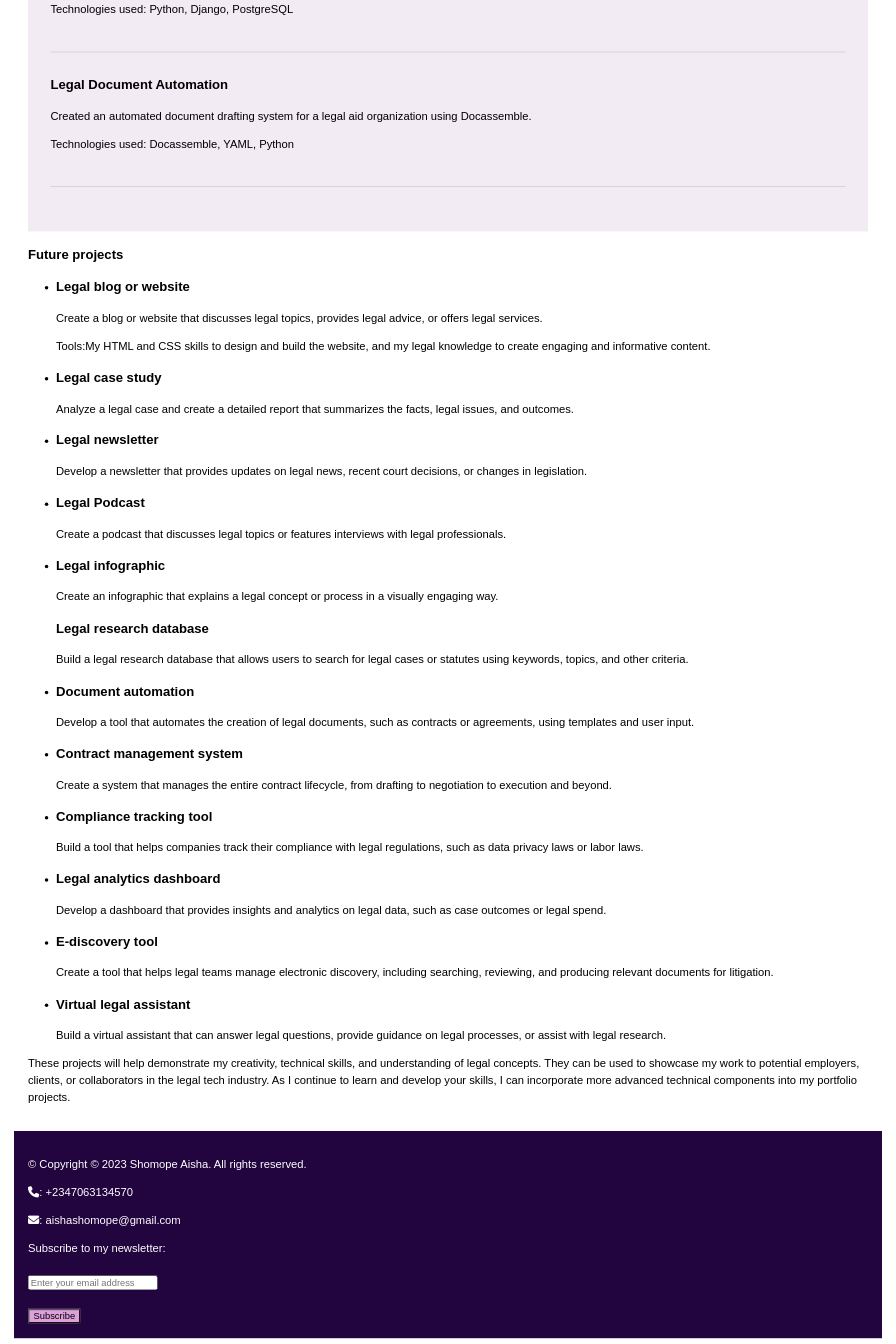
Repository: Iyewande/AishasPortfolio
Page: Index.html
An editor plug-in stored every save of this project. The page is shown before and after the next save, followed by the edit.
The browser window is 1280 px wide. The pictures show the part of the page from y = 1694 to 3614 px (the page is 3614 px tall before and 2414 px after), at 70% of full size.
Some web libraries are served in a nearby version.

Above is the page before, as saved 2023-04-30 23:38:22.

After the next save:
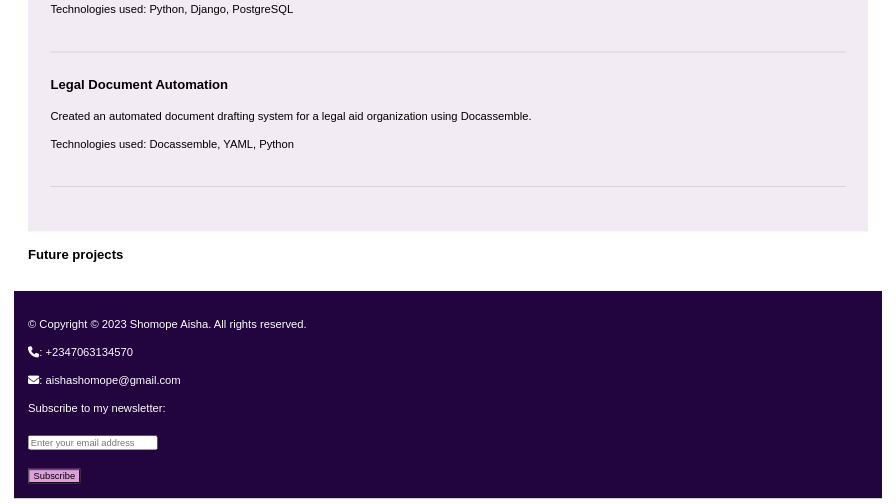
Saved 22 h 43 min later.
--- a/Index.html
+++ b/Index.html
@@ -77,7 +77,7 @@
                 <!-- As a complete legal tech newbie with only legal knowledge, HTML, and CSS skills, you can still build a portfolio
                        that showcases your abilities and potential. Here are some project ideas: -->
 
-                <ul>
+                <!-- <ul>
                     <li>
                         <h3>Legal blog or website</h3>
                         <p>Create a blog or website that discusses legal topics, provides legal advice, or offers legal services.</p>
@@ -132,7 +132,7 @@
               <p>These projects will help demonstrate my creativity, technical skills, and understanding of legal concepts.
                 They can be used to showcase my work to potential employers, clients, or collaborators in the legal tech industry.
                 As I continue to learn and develop your skills, I can incorporate more advanced technical components into my
-                portfolio projects.</p>
+                portfolio projects.</p> -->
 
         </main>
         <!-- footer: contains content that appears at the bottom of the page, such as copyright information. -->
